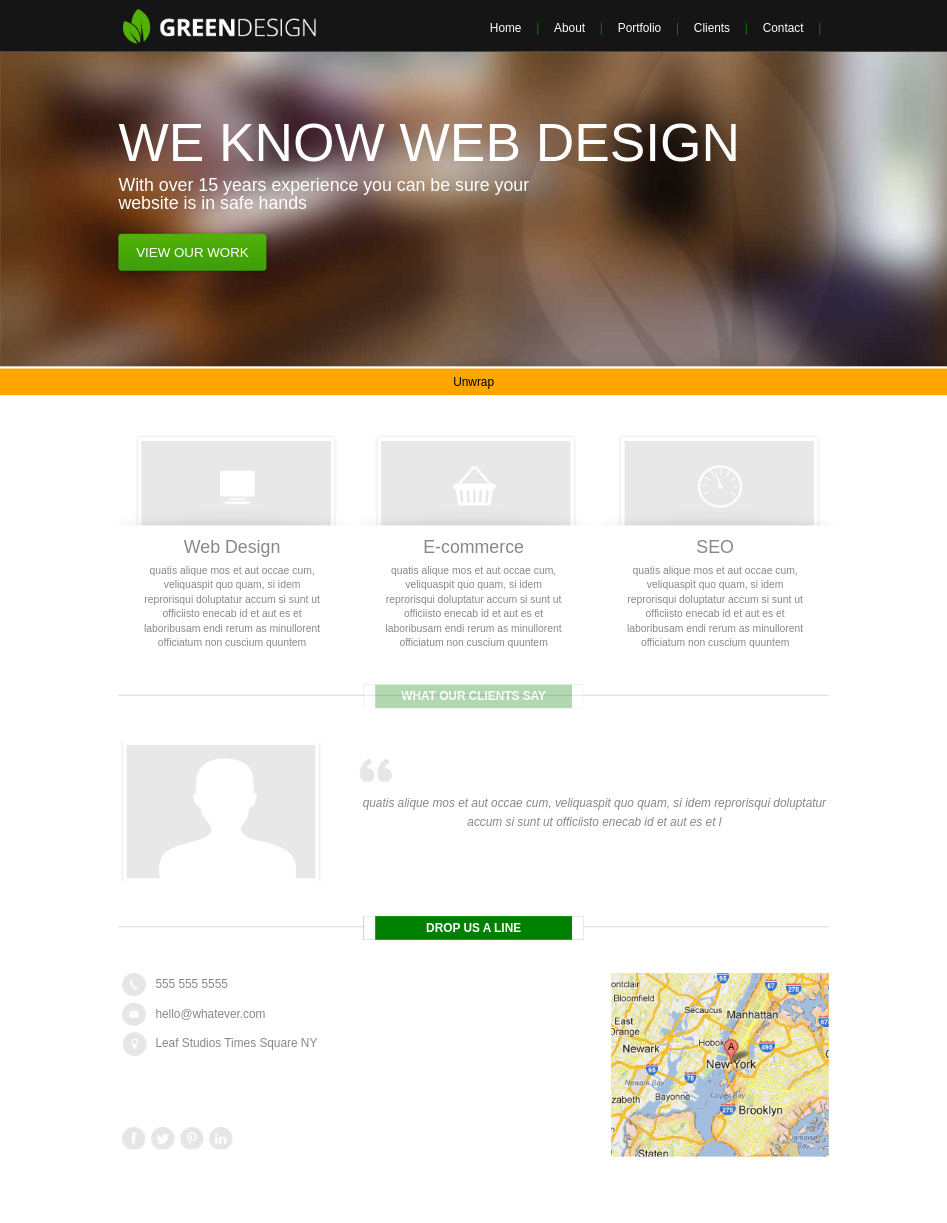
Repository: prathmeshgodbole/Javascript
Page: Basics/Jquery/index.html
The author's editor kept a copy of each file at every save. The page is drawn from the files as they stood at one save, then again after a run of saves.
The browser window is 1280 px wide. The pictures show the whole page, at 74% of full size.
After loading, the first visible `h2` was clicked once.

Above is the page before, as saved 2020-08-09 11:24:07.

After the next 3 saves:
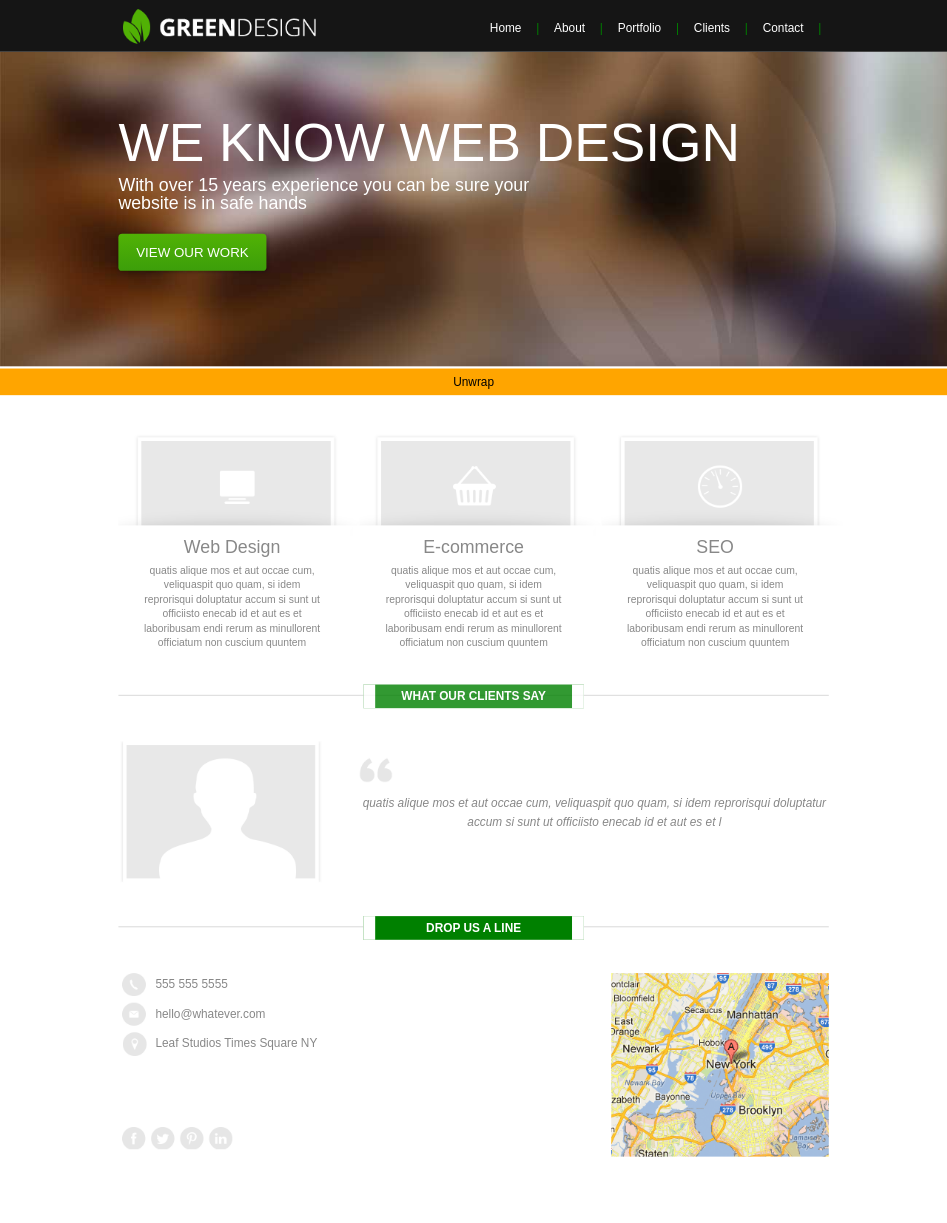
The 3 saves are shown as one change because they came seconds apart.
The last was saved 8 s later.
--- a/Basics/Jquery/scripts/animation.js
+++ b/Basics/Jquery/scripts/animation.js
@@ -9,6 +9,6 @@ $(document).ready(function() {
 
     $("section > h2").on("click", function() {
         $(this).fadeTo(200, 0.3)
-            .fadeTo();
+            .fadeTo(100, 0.8);
     });
 });
